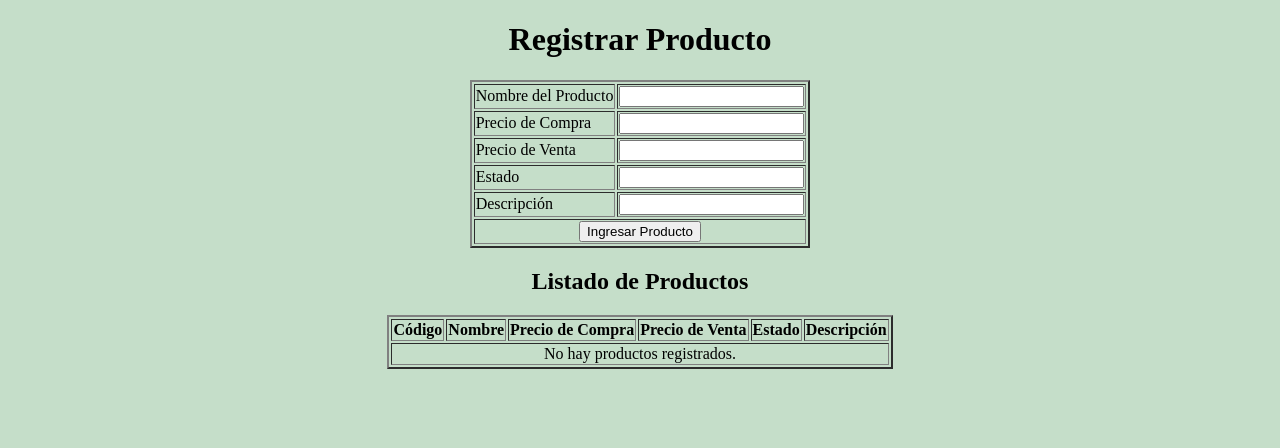
Repository: RubiG-T-L-001/ExamenSustitutorio
Page: http://localhost/ExamenSustitutorio/ControladorProducto
The author's editor kept a copy of each file at every save. The page is drawn from the files as they stood at one save, then again after the next save.
The browser window is 1280 px wide. The pictures show the whole page.
The page is served by Tomcat 9.

Above is the page before, as saved 2024-10-19 04:03:20.

After the next save:
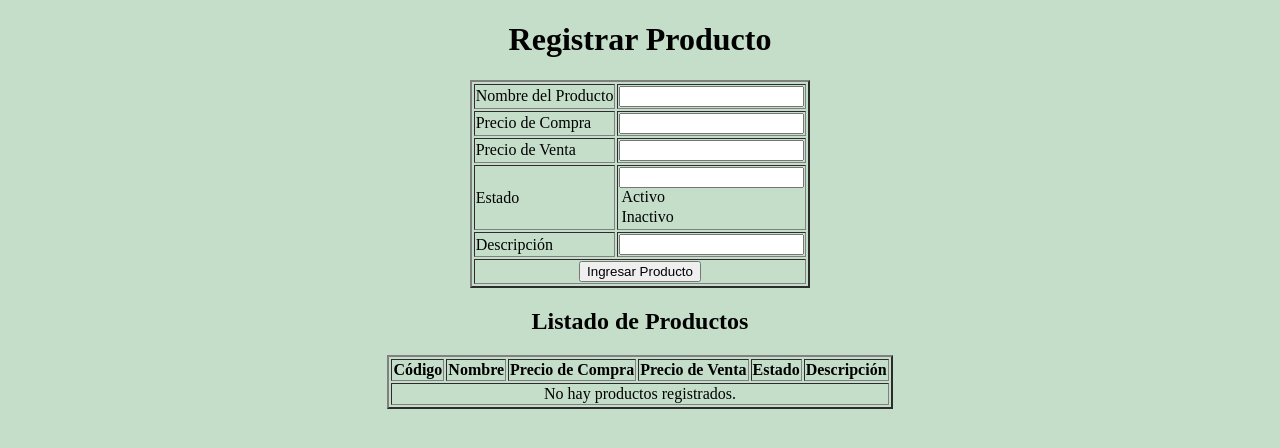
Saved 2 min 2 s later.
--- a/ExamenSustitutorio/src/main/webapp/RegistrarProducto.jsp
+++ b/ExamenSustitutorio/src/main/webapp/RegistrarProducto.jsp
@@ -26,7 +26,10 @@
             </tr>
             <tr>
                 <td>Estado</td>
-                <td><input type="text" name="estadosusti" required></td>
+                <td><input type="text" name="estadosusti" required>
+                <option value="Activo">Activo</option>
+            <option value="Inactivo">Inactivo</option>
+                </td>
             </tr>
             <tr>
                 <td>Descripción</td>
